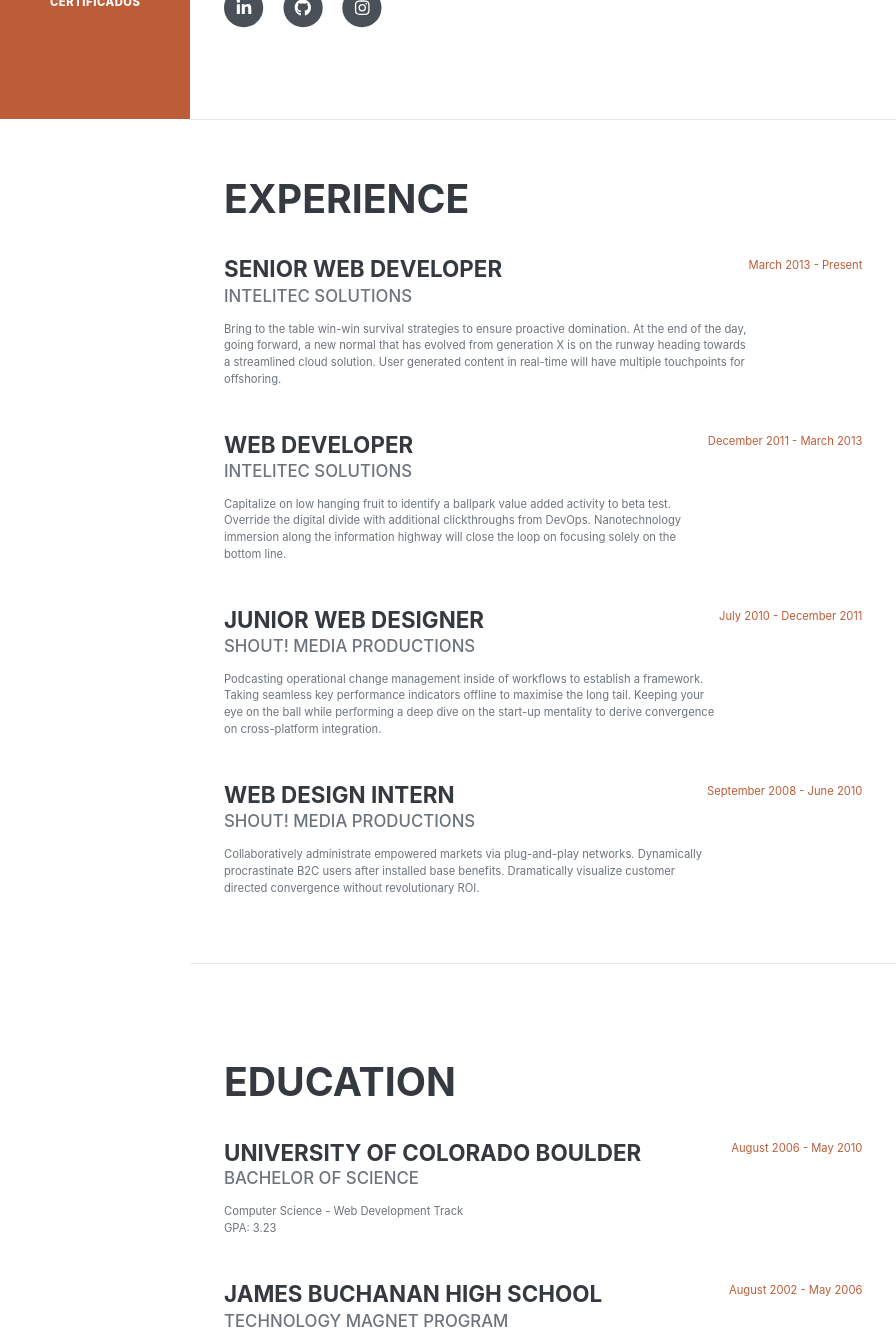
Repository: JuniorRoth/Curriculo-Web
Page: public/index.html
The author's editor kept a copy of each file at every save. The page is drawn from the files as they stood at one save, then again after the next save.
The browser window is 1280 px wide. The pictures show the part of the page from y = 550 to 2470 px (the page is 4810 px tall before and 4738 px after), at 70% of full size.
Some web fonts or font styles are not loaded; a fallback is used. Some web libraries are served in a nearby version.

Above is the page before, as saved 2023-02-07 14:36:52.

After the next save:
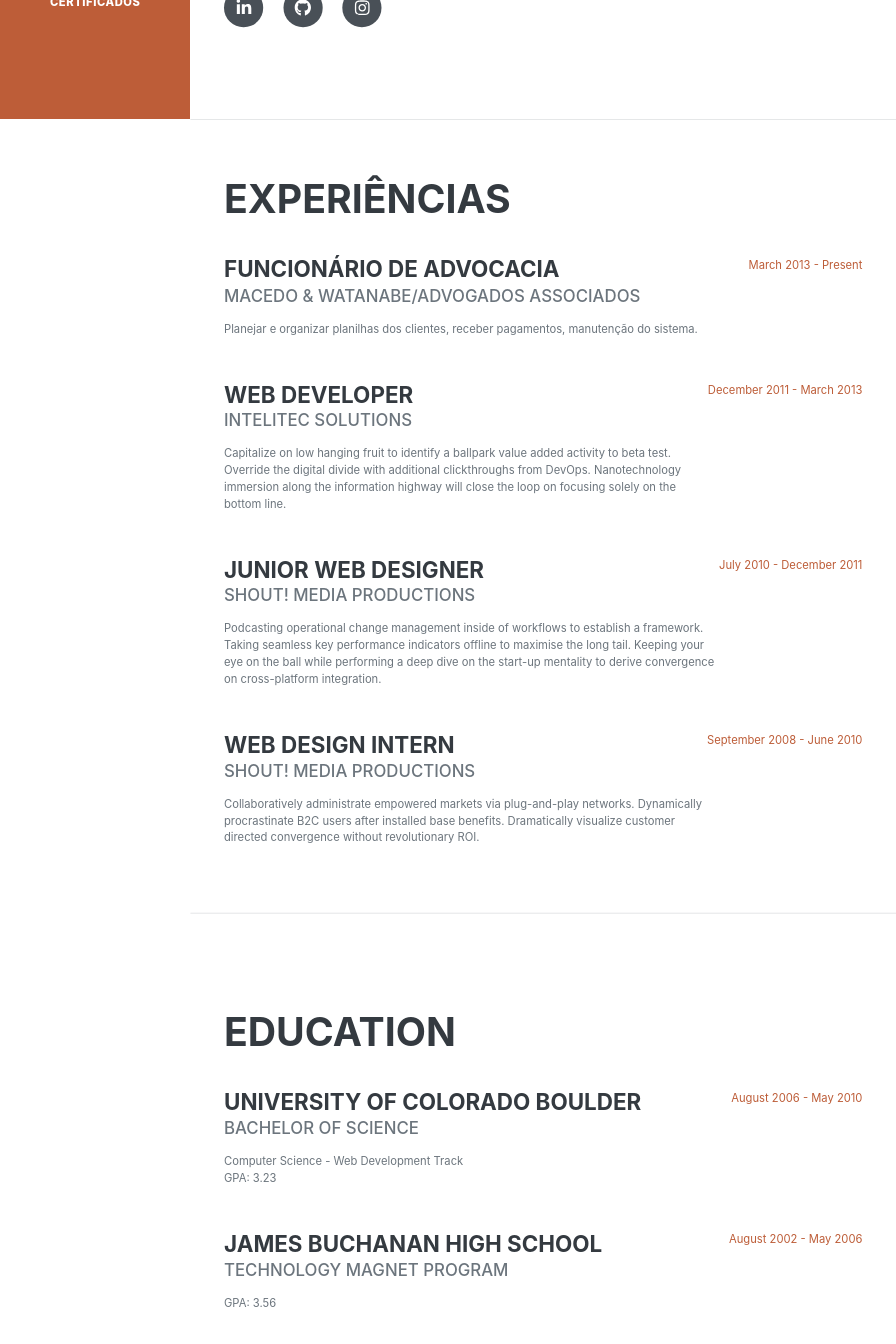
Saved 5 min 27 s later.
--- a/public/index.html
+++ b/public/index.html
@@ -59,12 +59,12 @@
             <!-- Experience-->
             <section class="resume-section" id="experience">
                 <div class="resume-section-content">
-                    <h2 class="mb-5">Experience</h2>
-                    <div class="d-flex flex-column flex-md-row justify-content-between mb-5">
-                        <div class="flex-grow-1">
-                            <h3 class="mb-0">Senior Web Developer</h3>
-                            <div class="subheading mb-3">Intelitec Solutions</div>
-                            <p>Bring to the table win-win survival strategies to ensure proactive domination. At the end of the day, going forward, a new normal that has evolved from generation X is on the runway heading towards a streamlined cloud solution. User generated content in real-time will have multiple touchpoints for offshoring.</p>
+                    <h2 class="mb-5">Experiências</h2>
+                    <div class="d-flex flex-column flex-md-row justify-content-between mb-5">
+                        <div class="flex-grow-1">
+                            <h3 class="mb-0">Funcionário de Advocacia</h3>
+                            <div class="subheading mb-3">Macedo & Watanabe/Advogados associados</div>
+                            <p>Planejar e organizar planilhas dos clientes, receber pagamentos, manutenção do sistema.</p>
                         </div>
                         <div class="flex-shrink-0"><span class="text-primary">March 2013 - Present</span></div>
                     </div>
